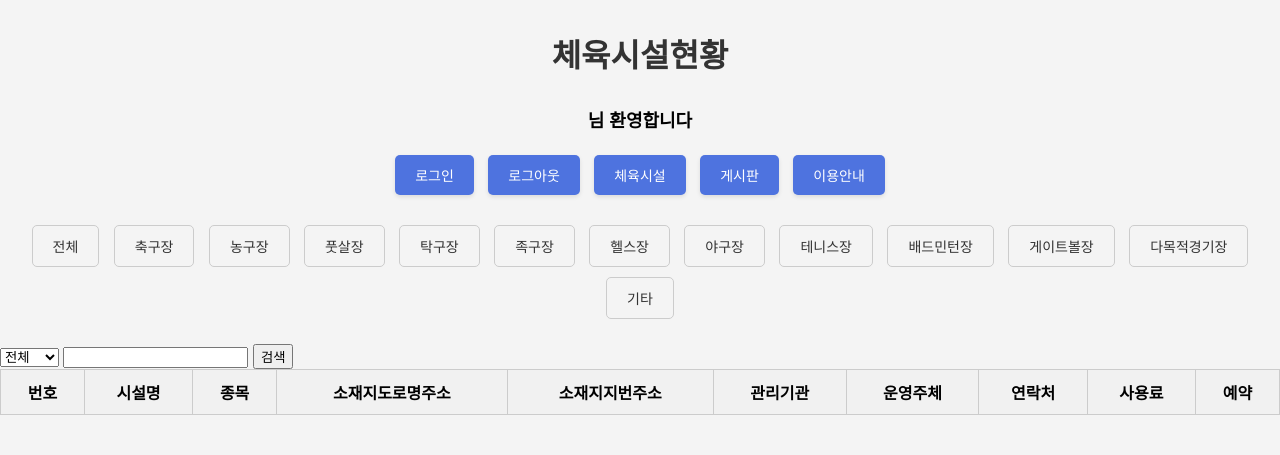
Repository: shinyunseok/portfolio1
Page: http://localhost/portfolio/WEB-INF/sport/getSportList.jsp
An editor plug-in stored every save of this project. The page is shown before and after the next save, followed by the edit.
The browser window is 1280 px wide. The pictures show the whole page.
The page is served by Tomcat 10. Nobody is signed in. The template is opened directly, without the code that normally fills it, so the values that code supplies are empty.

Above is the page before, as saved 2023-05-26 02:54:00.

After the next save:
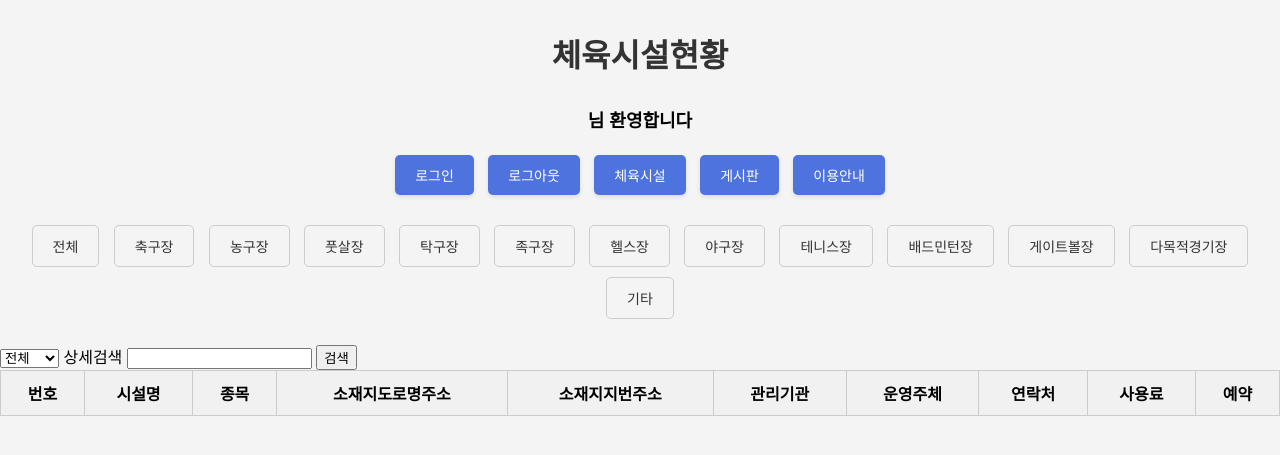
Saved 18 s later.
--- a/portfolio/src/main/webapp/WEB-INF/sport/getSportList.jsp
+++ b/portfolio/src/main/webapp/WEB-INF/sport/getSportList.jsp
@@ -170,6 +170,7 @@
 		<option>시설명</option>
 		<option>지역</option>
 	</select>
+	<a>상세검색</a>
 	<input type="text" required="검색어를 입력하세요"> <button type="submit">검색</button>
 	</form>
 	<table>
